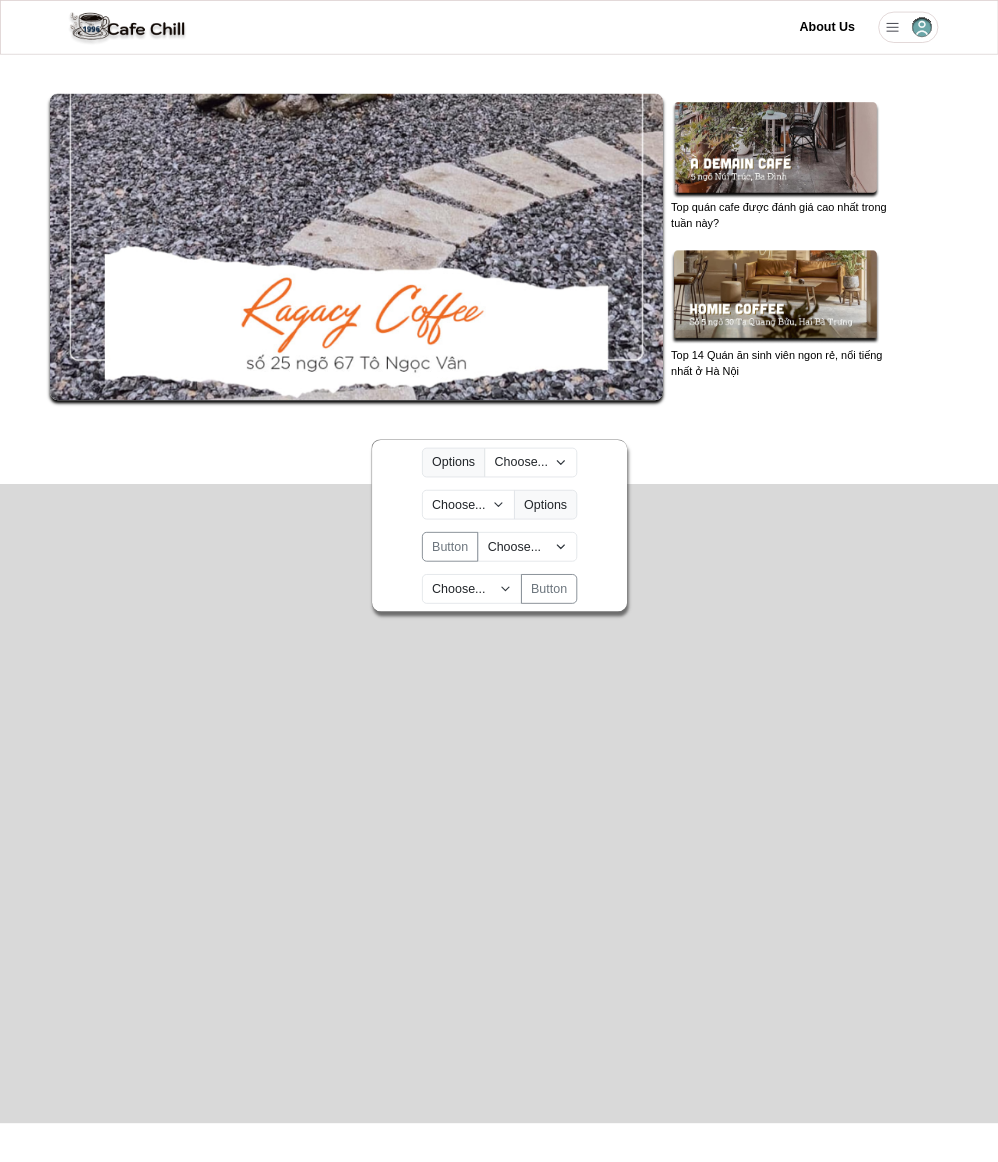
Repository: eriklehnsher/CafeReview-Vue3
Page: /
An editor plug-in stored every save of this project. The page is shown before and after the next save, followed by the edit.
The browser window is 1280 px wide. The pictures show the whole page, at 78% of full size.
Some web fonts or font styles are not loaded; a fallback is used. The project was rebuilt for these pictures with package versions that can differ from the ones it lists, and the page was loaded fresh each time. Also part of the build but not shown: vue.config.js.

Above is the page before, as saved 2023-10-11 10:41:55.

### public/index.html
<!DOCTYPE html>
<html lang="">
  <head>
    <meta charset="utf-8">
    <meta http-equiv="X-UA-Compatible" content="IE=edge">
    <meta name="viewport" content="width=device-width,initial-scale=1.0">
    <link rel="icon" href="<%= BASE_URL %>LOGO.ico">
    <title><%= htmlWebpackPlugin.options.title %></title>
  </head>
  <body>
    <noscript>
      <strong>We're sorry but <%= htmlWebpackPlugin.options.title %> doesn't work properly without JavaScript enabled. Please enable it to continue.</strong>
    </noscript>
    <div id="app"></div>
    <!-- built files will be auto injected -->
  </body>
</html>

### src/main.js
import "bootstrap/dist/css/bootstrap.css";
import { createApp } from 'vue'
import App from './App.vue'

createApp(App).mount('#app')

import "bootstrap/dist/js/bootstrap.js"

### src/App.vue
<template>
  <Header class="header-app" />
  <HomePage class="homepage-app" />
</template>

<script>
import Header from "./components/Header.vue";
import HomePage from "./components/HomePage.vue";

export default {
  name: "App",
  components: {
    HomePage,
    Header,
  },
};
</script>

<style>
@import url("https://fonts.googleapis.com/css2?family=ABeeZee&display=swap");

body {
  margin: 0px;
}
#app {
  background: #d9d9d9;
  height: 200vh;
  margin-bottom: 50px;
  -webkit-font-smoothing: antialiased;
  -moz-osx-font-smoothing: grayscale;

  font-family: "ABeeZee", sans-serif;
}
/* .header-app {
  position: sticky;
  top: 0;
} */

</style>

### src/components/Header.vue
<template>
  <div class="header">
    <div class="container">
      <nav class="navbar navbar-expand-lg">
        <div class="container-fluid">
          <img src="../assets/logo.png" alt="" class="logo" />

          <div class="collapse navbar-collapse" id="navbarSupportedContent">
            <ul class="navbar-nav me-auto mb-2 mb-lg-0"></ul>
            <div class="btn-group">
              <a class="header-about" href="">About Us</a>
              <div
                type="button"
                class="Author"
                data-bs-toggle="dropdown"
                aria-expanded="false"
              >
                <svg
                  xmlns="http://www.w3.org/2000/svg"
                  width="25"
                  height="40"
                  viewBox="0 0 42 40"
                  fill="none"
                >
                  <path
                    d="M8.59375 11.6667H32.6562"
                    stroke="#33363F"
                    stroke-width="2"
                    stroke-linecap="round"
                  />
                  <path
                    d="M8.59375 20H32.6562"
                    stroke="#33363F"
                    stroke-width="2"
                    stroke-linecap="round"
                  />
                  <path
                    d="M8.59375 28.3333H32.6562"
                    stroke="#33363F"
                    stroke-width="2"
                    stroke-linecap="round"
                  />
                </svg>
                <svg
                  width="30"
                  height="50"
                  viewBox="0 0 50 50"
                  fill="none"
                  xmlns="http://www.w3.org/2000/svg"
                >
                  <g filter="url(#filter0_i_102_131)">
                    <path
                      fill-rule="evenodd"
                      clip-rule="evenodd"
                      d="M4.1665 25C4.1665 13.4941 13.4939 4.16669 24.9998 4.16669C36.5058 4.16669 45.8332 13.4941 45.8332 25C45.8332 31.693 42.6771 37.6488 37.7719 41.4603C36.9132 38.9522 35.3321 36.7452 33.2181 35.1231C30.8604 33.314 27.9717 32.3334 24.9998 32.3334C22.028 32.3334 19.1393 33.314 16.7816 35.1231C14.6676 36.7452 13.0865 38.9522 12.2277 41.4603C7.32261 37.6488 4.1665 31.693 4.1665 25ZM32.0006 36.7098C33.9555 38.2098 35.3754 40.297 36.0539 42.6621C32.8501 44.6715 29.0607 45.8334 24.9998 45.8334C20.939 45.8334 17.1496 44.6715 13.9457 42.6621C14.6242 40.297 16.0442 38.2098 17.9991 36.7098C20.0075 35.1687 22.4683 34.3334 24.9998 34.3334C27.5314 34.3334 29.9922 35.1687 32.0006 36.7098ZM19.7498 18.75C19.7498 15.8505 22.1003 13.5 24.9998 13.5C27.8993 13.5 30.2498 15.8505 30.2498 18.75C30.2498 21.6495 27.8993 24 24.9998 24C22.1003 24 19.7498 21.6495 19.7498 18.75ZM24.9998 11.5C20.9958 11.5 17.7498 14.746 17.7498 18.75C17.7498 22.7541 20.9958 26 24.9998 26C29.0039 26 32.2498 22.7541 32.2498 18.75C32.2498 14.746 29.0039 11.5 24.9998 11.5Z"
                      fill="#6CA6A8"
                    />
                  </g>
                  <path
                    d="M37.7719 41.4603L37.2989 41.6223L37.5257 42.2848L38.0787 41.8551L37.7719 41.4603ZM33.2181 35.1231L32.9137 35.5198L33.2181 35.1231ZM16.7816 35.1231L17.0859 35.5198L16.7816 35.1231ZM12.2277 41.4603L11.9209 41.8551L12.4739 42.2848L12.7008 41.6223L12.2277 41.4603ZM36.0539 42.6621L36.3196 43.0857L36.6383 42.8858L36.5346 42.5242L36.0539 42.6621ZM32.0006 36.7098L31.6962 37.1065L32.0006 36.7098ZM13.9457 42.6621L13.4651 42.5242L13.3614 42.8858L13.6801 43.0857L13.9457 42.6621ZM17.9991 36.7098L17.6947 36.3131H17.6947L17.9991 36.7098ZM24.9998 3.66669C13.2178 3.66669 3.6665 13.2179 3.6665 25H4.6665C4.6665 13.7702 13.77 4.66669 24.9998 4.66669V3.66669ZM46.3332 25C46.3332 13.2179 36.7819 3.66669 24.9998 3.66669V4.66669C36.2296 4.66669 45.3332 13.7702 45.3332 25H46.3332ZM38.0787 41.8551C43.1005 37.9529 46.3332 31.8539 46.3332 25H45.3332C45.3332 31.5321 42.2536 37.3446 37.4652 41.0655L38.0787 41.8551ZM32.9137 35.5198C34.9494 37.0818 36.472 39.207 37.2989 41.6223L38.245 41.2984C37.3545 38.6973 35.7148 36.4086 33.5225 34.7264L32.9137 35.5198ZM24.9998 32.8334C27.8616 32.8334 30.6434 33.7776 32.9137 35.5198L33.5225 34.7264C31.0775 32.8503 28.0817 31.8334 24.9998 31.8334V32.8334ZM17.0859 35.5198C19.3563 33.7776 22.1381 32.8334 24.9998 32.8334V31.8334C21.918 31.8334 18.9222 32.8503 16.4772 34.7264L17.0859 35.5198ZM12.7008 41.6223C13.5277 39.207 15.0502 37.0818 17.0859 35.5198L16.4772 34.7264C14.2849 36.4086 12.6452 38.6973 11.7547 41.2984L12.7008 41.6223ZM3.6665 25C3.6665 31.8539 6.89917 37.9529 11.9209 41.8551L12.5345 41.0655C7.74605 37.3446 4.6665 31.5321 4.6665 25H3.6665ZM36.5346 42.5242C35.8266 40.0563 34.3449 37.8784 32.305 36.3131L31.6962 37.1065C33.5661 38.5413 34.9243 40.5377 35.5733 42.8L36.5346 42.5242ZM24.9998 46.3334C29.1574 46.3334 33.0385 45.1436 36.3196 43.0857L35.7883 42.2385C32.6617 44.1995 28.964 45.3334 24.9998 45.3334V46.3334ZM13.6801 43.0857C16.9612 45.1436 20.8423 46.3334 24.9998 46.3334V45.3334C21.0357 45.3334 17.3379 44.1995 14.2114 42.2385L13.6801 43.0857ZM17.6947 36.3131C15.6548 37.8784 14.1731 40.0563 13.4651 42.5242L14.4263 42.8C15.0753 40.5377 16.4336 38.5413 18.3035 37.1065L17.6947 36.3131ZM24.9998 33.8334C22.3582 33.8334 19.7904 34.705 17.6947 36.3131L18.3035 37.1065C20.2246 35.6324 22.5784 34.8334 24.9998 34.8334V33.8334ZM32.305 36.3131C30.2092 34.705 27.6415 33.8334 24.9998 33.8334V34.8334C27.4213 34.8334 29.7751 35.6324 31.6962 37.1065L32.305 36.3131ZM24.9998 13C21.8242 13 19.2498 15.5744 19.2498 18.75H20.2498C20.2498 16.1267 22.3765 14 24.9998 14V13ZM30.7498 18.75C30.7498 15.5744 28.1755 13 24.9998 13V14C27.6232 14 29.7498 16.1267 29.7498 18.75H30.7498ZM24.9998 24.5C28.1755 24.5 30.7498 21.9257 30.7498 18.75H29.7498C29.7498 21.3734 27.6232 23.5 24.9998 23.5V24.5ZM19.2498 18.75C19.2498 21.9257 21.8242 24.5 24.9998 24.5V23.5C22.3765 23.5 20.2498 21.3734 20.2498 18.75H19.2498ZM18.2498 18.75C18.2498 15.0221 21.2719 12 24.9998 12V11C20.7196 11 17.2498 14.4698 17.2498 18.75H18.2498ZM24.9998 25.5C21.2719 25.5 18.2498 22.4779 18.2498 18.75H17.2498C17.2498 23.0302 20.7196 26.5 24.9998 26.5V25.5ZM31.7498 18.75C31.7498 22.4779 28.7278 25.5 24.9998 25.5V26.5C29.28 26.5 32.7498 23.0302 32.7498 18.75H31.7498ZM24.9998 12C28.7278 12 31.7498 15.0221 31.7498 18.75H32.7498C32.7498 14.4698 29.28 11 24.9998 11V12Z"
                    fill="white"
                  />
                  <rect
                    x="4.6665"
                    y="4.66669"
                    width="40.6667"
                    height="40.6667"
                    rx="20.3333"
                    stroke="#222222"
                  />
                  <defs>
                    <filter
                      id="filter0_i_102_131"
                      x="3.6665"
                      y="3.66669"
                      width="42.6665"
                      height="46.6667"
                      filterUnits="userSpaceOnUse"
                      color-interpolation-filters="sRGB"
                    >
                      <feFlood flood-opacity="0" result="BackgroundImageFix" />
                      <feBlend
                        mode="normal"
                        in="SourceGraphic"
                        in2="BackgroundImageFix"
                        result="shape"
                      />
                      <feColorMatrix
                        in="SourceAlpha"
                        type="matrix"
                        values="0 0 0 0 0 0 0 0 0 0 0 0 0 0 0 0 0 0 127 0"
                        result="hardAlpha"
                      />
                      <feOffset dy="4" />
                      <feGaussianBlur stdDeviation="2" />
                      <feComposite
                        in2="hardAlpha"
                        operator="arithmetic"
                        k2="-1"
                        k3="1"
                      />
                      <feColorMatrix
                        type="matrix"
                        values="0 0 0 0 0 0 0 0 0 0 0 0 0 0 0 0 0 0 1 0"
                      />
                      <feBlend
                        mode="normal"
                        in2="shape"
                        result="effect1_innerShadow_102_131"
                      />
                    </filter>
                  </defs>
                </svg>
              </div>
              <ul class="dropdown-menu dropdown-menu-end">
                <li><a class="dropdown-item" href="">LogIn</a></li>
                <li><a class="dropdown-item" href="">Sign In</a></li>
                <li><hr class="dropdown-divider" /></li>
                <li><a class="dropdown-item" href="">LogOut</a></li>
              </ul>
            </div>
          </div>
        </div>
      </nav>
    </div>
  </div>
</template>

<script>
export default {};
</script>

<!-- Add "scoped" attribute to limit CSS to this component only -->
<style scoped>
.header {
  border: 1px solid #dbcfcf;
  box-shadow: 0px 4px 4px 0px rgba(30, 30, 30, 0.3);
  width: 100%;
  height: 70px;
  background-color: #fff;
  display: flex;
  justify-content: center;
  align-items: center;
  transition: 0.6s;
  margin: 0;
  padding: 0;
}
.container {
  padding: 10px 5%;
  margin: 0;
  max-width: 1440px;

}
.logo {
  width: auto;
  height: 80px;
}
.logo:hover {
  cursor: pointer;
}
a {
  font-size: 16px;
  font-weight: 700;
  text-decoration: none;
  color: #000;
  margin-right: 20px;
}
a:hover {
  color: #000;
}
.Author {
  border-radius: 50px;
  border: 1px solid #dbcfcf;
  background: #fff;
  width: auto;
  height: 40px;
  display: inline-flex;
  flex-direction: row;
  justify-content: space-around;
  align-items: center;
  gap: 10px;
  padding: 5px;
}
.Author:hover {
  cursor: pointer;
  box-shadow: 0px 4px 4px 0px rgba(83, 80, 80, 0.25);
}
.dropdown-menu {
  margin-top: 10px;
  right: 5px;
  border: 1px solid #dbcfcf;
  border-radius: 5px;
  box-shadow: 0px 4px 4px 0px rgba(83, 80, 80, 0.25);
}
.dropdown-item {
  font-size: 14px;
  font-weight: 300;
}
.btn-group {
  display: flex;
  flex-direction: row;
  justify-content: space-around;
  align-items: center;
  gap: 10px;
}
</style>

### src/components/HomePage.vue
<template>
  <div class="homepage">
    <div class="banner">
      <div class="banner-flex d-flex">
        <div class="">
          <img
            src="../assets/images/images-slider1.png"
            class="banner-bg d-block w-100"
            alt="..."
          />
          <!-- <div
            id=""
            class="carousel slide"
            data-bs-ride="carousel"
          >
            <div class="carousel-inner">
              <div class="carousel-item active">
                <img
                  src="../assets/images/images-slider1.png"
                  class="d-block w-100"
                  alt="..."
                />
              </div>
              <div class="carousel-item">
                <img
                  src="../assets/images/images-slider2.png"
                  class="d-block w-100"
                  alt="..."
                />
              </div>
              <div class="carousel-item">
                <img
                  src="../assets/images/images-slider3.png"
                  class="d-block w-100"
                  alt="..."
                />
              </div>
              <div class="carousel-item">
                <img
                  src="../assets/images/images-slider4.png"
                  class="d-block w-100"
                  alt="..."
                />
              </div>
            </div>
          </div> -->
        </div>
        <div class="promo">
          <div class="promo-1">
            <img class="promo-img" src="../assets/images/promo1.png" alt="" />
            <p class="promo-text">
              Top quán cafe được đánh giá cao nhất trong tuần này?
            </p>
          </div>
          <div class="promo-1 mt-4">
            <img class="promo-img" src="../assets/images/promo2.png" alt="" />
            <p class="promo-text">
              Top 14 Quán ăn sinh viên ngon rẻ, nổi tiếng nhất ở Hà Nội
            </p>
          </div>
        </div>
      </div>
    </div>

    <div class="search-box">
      <SearchBox class="searchbox-content"></SearchBox>
    </div>

    <div class="top-cafe"></div>
  </div>
</template>

<script>
import SearchBox from "@/Home/SearchBox";

export default {
  components: {
    SearchBox,
  },
};
</script>

<!-- Add "scoped" attribute to limit CSS to this component only -->
<style scoped>
.homepage {
  display: flex;
  flex-direction: column;
  justify-content: center;
  align-items: center;
  background: linear-gradient(to bottom, #fff 550px, #d9d9d9 10px);
}

.banner {
  padding: 50px 5%;
  margin: 0;
  height: auto;
}

.promo-1:hover {
  cursor: pointer;
}
.promo-text {
  width: 80%;
  height: 100%;
  color: black;
  font-size: 14px;
  font-family: inherit;
  font-weight: 300;
}
.carousel {
  border-radius: 10px;
  box-shadow: 0px 4px 4px 0px #000;
}
.banner-flex {
  display: flex;
  gap: 10px;
  justify-content: center;
  align-items: center;
}
.banner-bg {
  border-radius: 10px;
  box-shadow: 0px 4px 4px 0px #000;
}
.carousel-inner {
  border-radius: 10px;
}
.search-box {
  width: 50%%;
  height: auto;
  border-radius: 12px;
  border-top: 1px solid rgba(0, 0, 0, 0.5);
  border-left: 1px solid rgba(0, 0, 0, 0.5);
  background: #fff;
  box-shadow: 2px 6px 4px 0px rgba(0, 0, 0, 0.5);
  padding: 10px 5%;
}
.searchbox-content {
  padding: 10px 5%;
}
.top-cafe {
  background-color: #d9d9d9;
}
</style>

### src/Home/SearchBox.vue
<template>
 <div class="input-group mb-3">
  <label class="input-group-text" for="inputGroupSelect01">Options</label>
  <select class="form-select" id="inputGroupSelect01">
    <option selected>Choose...</option>
    <option value="1">One</option>
    <option value="2">Two</option>
    <option value="3">Three</option>
  </select>
</div>

<div class="input-group mb-3">
  <select class="form-select" id="inputGroupSelect02">
    <option selected>Choose...</option>
    <option value="1">One</option>
    <option value="2">Two</option>
    <option value="3">Three</option>
  </select>
  <label class="input-group-text" for="inputGroupSelect02">Options</label>
</div>

<div class="input-group mb-3">
  <button class="btn btn-outline-secondary" type="button">Button</button>
  <select class="form-select" id="inputGroupSelect03" aria-label="Example select with button addon">
    <option selected>Choose...</option>
    <option value="1">One</option>
    <option value="2">Two</option>
    <option value="3">Three</option>
  </select>
</div>

<div class="input-group">
  <select class="form-select" id="inputGroupSelect04" aria-label="Example select with button addon">
    <option selected>Choose...</option>
    <option value="1">One</option>
    <option value="2">Two</option>
    <option value="3">Three</option>
  </select>
  <button class="btn btn-outline-secondary" type="button">Button</button>
</div>
</template>

<script>
export default {

  }

</script>

<style></style>

After the next save:
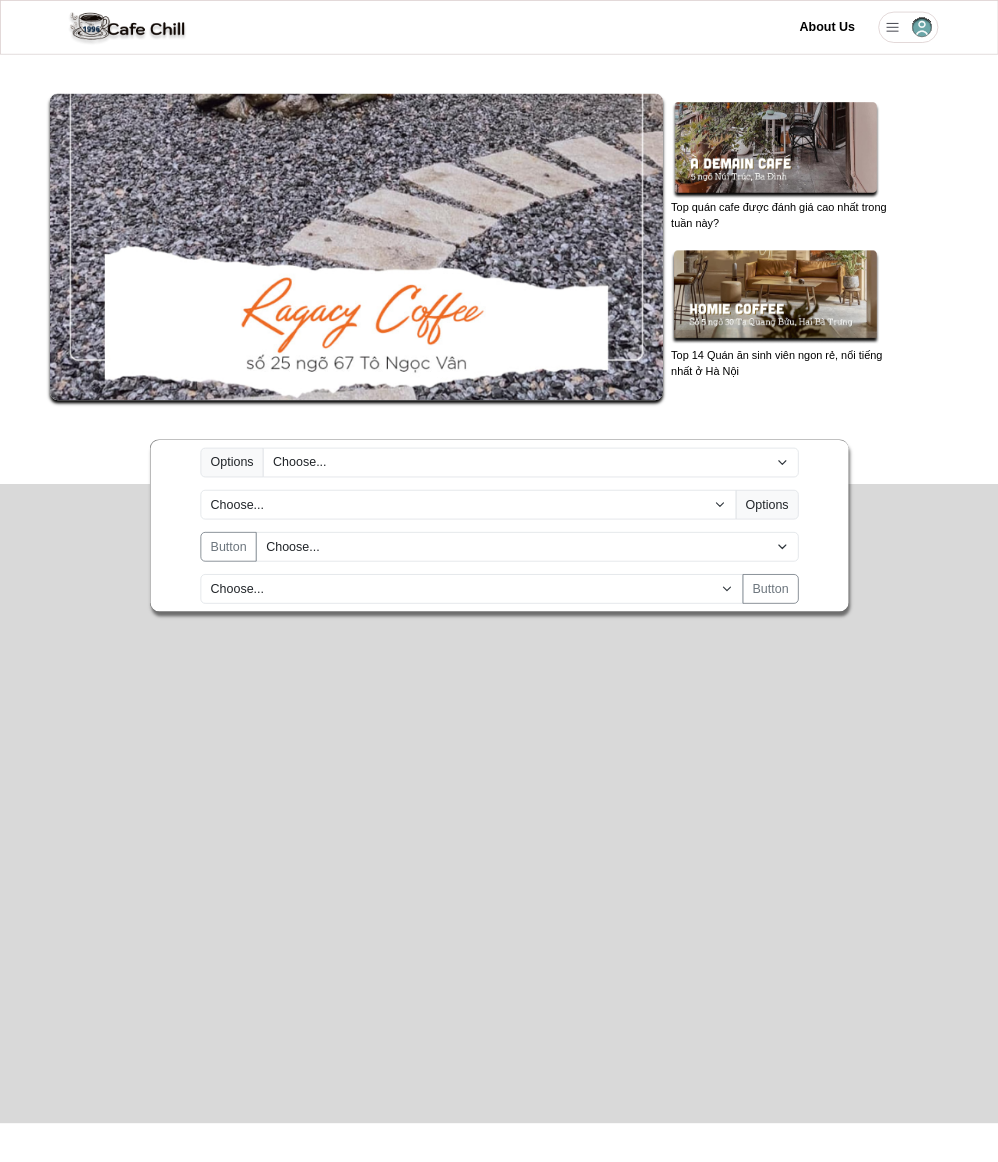
Saved 14 s later.
--- a/src/components/HomePage.vue
+++ b/src/components/HomePage.vue
@@ -125,7 +125,7 @@
   border-radius: 10px;
 }
 .search-box {
-  width: 50%%;
+  width: 70%;
   height: auto;
   border-radius: 12px;
   border-top: 1px solid rgba(0, 0, 0, 0.5);
